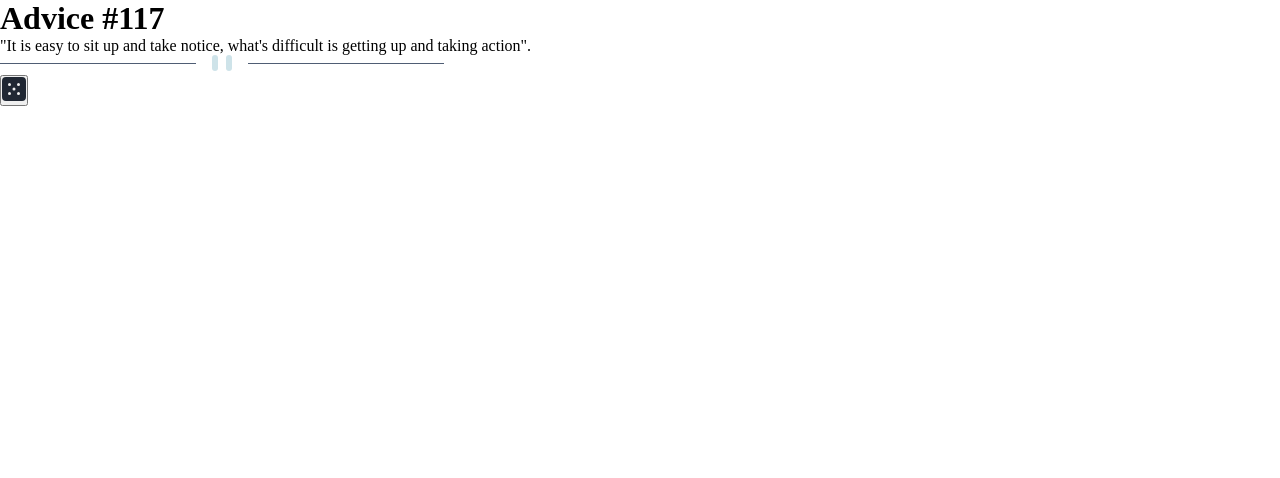
Repository: Daki-builds/advice-generator-app
Page: index.html
These files come from the project's save history. The page is drawn as it stood at one moment and after the next save; the edit follows.
The browser window is 1280 px wide. The pictures show the whole page.

Above is the page before, as saved 2026-10-08 07:03:46.

After the next save:
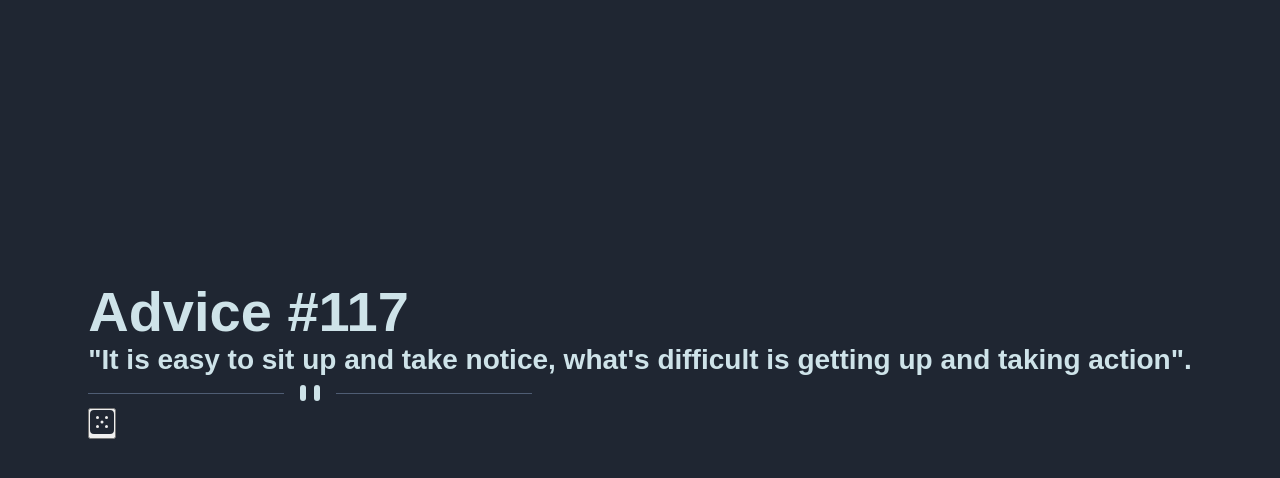
Saved 5 min 26 s later.
--- a/style.css
+++ b/style.css
@@ -9,13 +9,21 @@
   --green-300: hsl(150, 100%, 66%);
   --blue-600: hsl(217, 19%, 38%);
   --blue-900: hsl(217, 19%, 24%);
+  --blue-950: hsl(218, 23%, 16%);
 
   --font-family: "Manrope", sans-serif;
   --font-weight: 800;
-  --fs-quote: 1.75rem;
+  --font-size: 28px;
 }
 
---green-500: hsl(171, 66%, 44%);
---blue-100: hsl(233, 100%, 69%);
---gray-700: hsl(210, 10%, 33%);
---gray-500: hsl(201, 11%, 66%);
+body {
+  font-family: var(--font-family);
+  font-weight: var(--font-weight);
+  font-size: var(--font-size);
+  background-color: var(--blue-950);
+  color: var(--blue-200);
+  display: flex;
+  justify-content: center;
+  align-items: center;
+  min-height: 100vh;
+}
